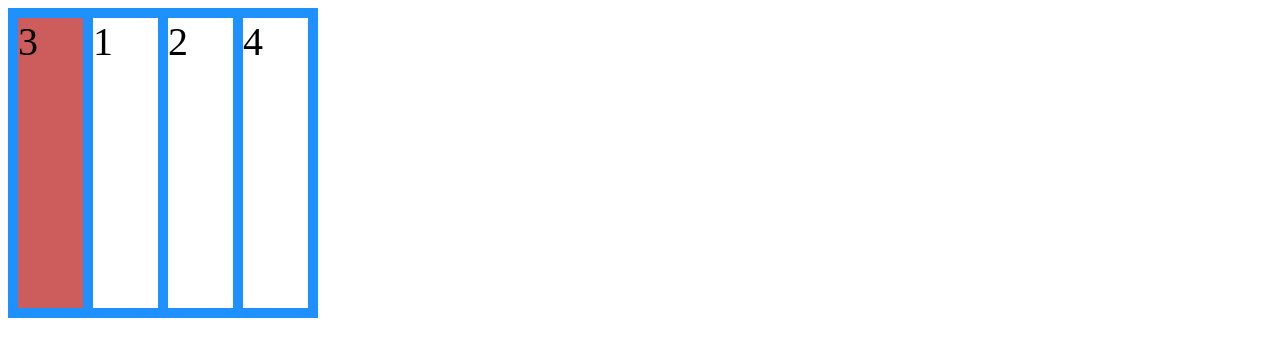
Repository: eversonps/flexbox-grid-css
Page: flexbox/flexbox2.html
The author's editor kept a copy of each file at every save. The page is drawn from the files as they stood at one save, then again after the next save.
The browser window is 1280 px wide. The pictures show the whole page.

Above is the page before, as saved 2022-03-23 15:50:14.

After the next save:
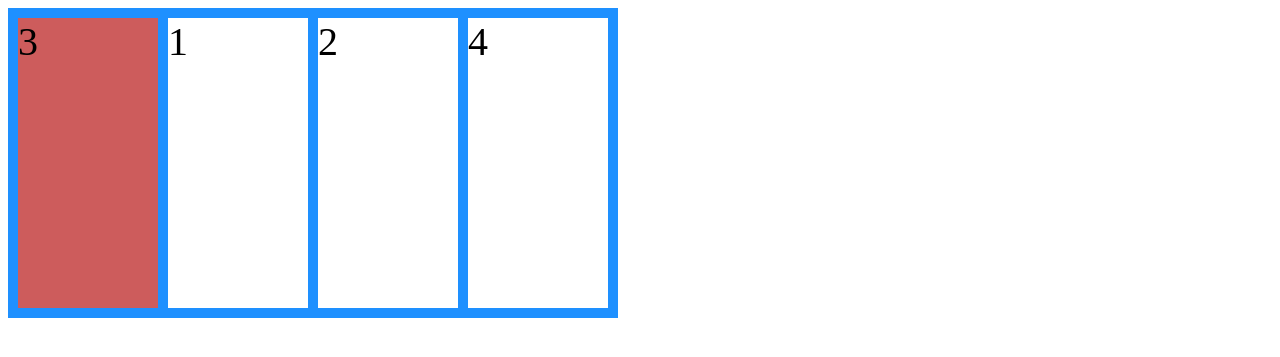
Saved 29 s later.
--- a/flexbox/flexbox2.html
+++ b/flexbox/flexbox2.html
@@ -41,7 +41,7 @@
             flex-grow: 2;
         }
 
-        .flex-container{
+        .flex-container div{
             width: 300px;
             flex-shrink: 1;
         }

After the save that followed:
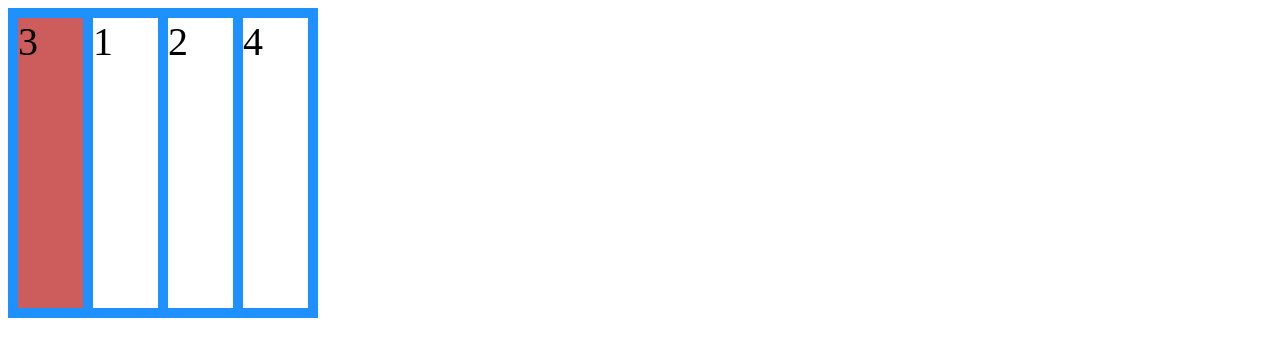
Saved 13 s later.
--- a/flexbox/flexbox2.html
+++ b/flexbox/flexbox2.html
@@ -41,7 +41,7 @@
             flex-grow: 2;
         }
 
-        .flex-container div{
+        .flex-container{
             width: 300px;
             flex-shrink: 1;
         }
